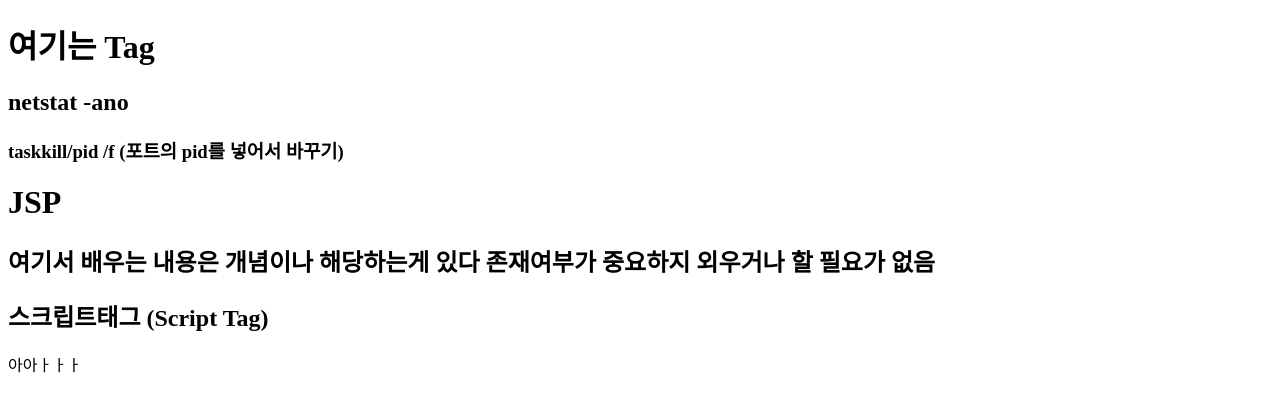
Repository: joeunpyeong/javaA
Page: http://localhost/03.Tag/
An editor plug-in stored every save of this project. The page is shown before and after the next save, followed by the edit.
The browser window is 1280 px wide. The pictures show the whole page.
The page is served by Tomcat 9.

Above is the page before, as saved 2023-05-19 01:00:09.

After the next save:
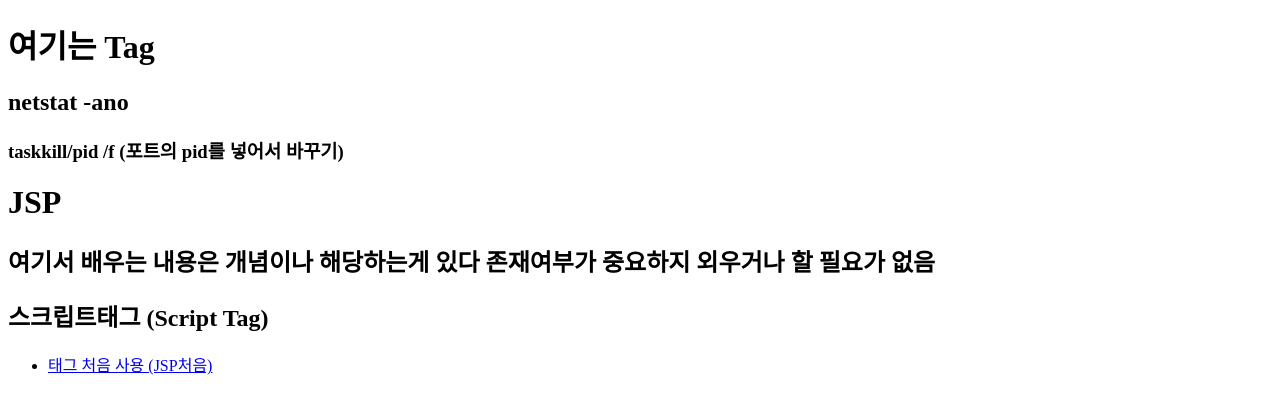
Saved 47 s later.
--- a/03.Tag/src/main/webapp/index.html
+++ b/03.Tag/src/main/webapp/index.html
@@ -13,7 +13,10 @@
 	<h1>JSP</h1>
 	<h2>여기서 배우는 내용은 개념이나 해당하는게 있다 존재여부가 중요하지 외우거나 할 필요가 없음</h2>
 	<h2>스크립트태그 (Script Tag)</h2>
-	<a>아아ㅏㅏㅏ</a>
+	<ul>
+		<li><a href="01.Script/Ex00Into.jsp">태그 처음 사용 (JSP처음)</a></li>
+
+	</ul>
 
 
 
